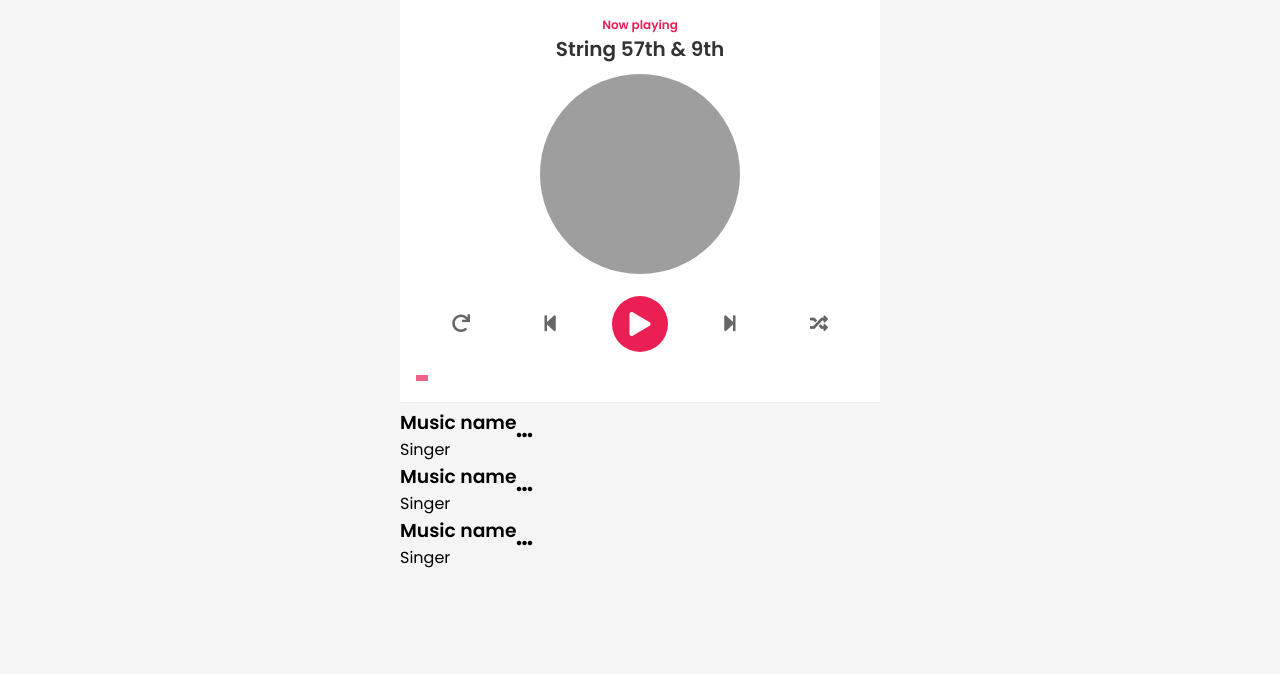
Repository: NBlue/Music_Player
Page: index.html
These files come from the project's save history. The page is drawn as it stood at one moment and after the next save; the edit follows.
The browser window is 1280 px wide. The pictures show the whole page.
Pictures or frames that could not be fetched are drawn as grey boxes.

Above is the page before, as saved 2021-10-12 23:05:55.

### index.html
<!DOCTYPE html>
<html lang="en">
    <head>
        <meta charset="UTF-8" />
        <meta http-equiv="X-UA-Compatible" content="IE=edge" />
        <meta name="viewport" content="width=device-width, initial-scale=1.0" />
        <title>Music player</title>
        <link
            rel="stylesheet"
            href="https://cdnjs.cloudflare.com/ajax/libs/font-awesome/5.15.2/css/all.min.css"
            integrity="sha512-HK5fgLBL+xu6dm/Ii3z4xhlSUyZgTT9tuc/hSrtw6uzJOvgRr2a9jyxxT1ely+B+xFAmJKVSTbpM/CuL7qxO8w=="
            crossorigin="anonymous"
        />
        <link rel="preconnect" href="https://fonts.gstatic.com" />
        <link
            href="https://fonts.googleapis.com/css2?family=Poppins:wght@300;400;600&display=swap"
            rel="stylesheet"
        />

        <link rel="stylesheet" href="./assets/css/style.css" />
    </head>
    <body>
        <div class="player">
            <!-- Dashboard - Bảng điều khiển -->
            <div class="dashboard">
                <!-- Header -->
                <header>
                    <h4>Now playing</h4>
                    <h2>String 57th & 9th</h2>
                </header>

                <!-- CD -->
                <div class="cd">
                    <div
                        class="cd-thumb"
                        style="
                            background-image: url(https://i.ytimg.com/vi/jTLhQf5KJSc/maxresdefault.jpg);
                        "
                    ></div>
                </div>

                <!-- Control -->
                <div class="control">
                    <div class="btn btn-repeat">
                        <i class="fas fa-redo"></i>
                    </div>
                    <div class="btn btn-prev">
                        <i class="fas fa-step-backward"></i>
                    </div>
                    <div class="btn btn-toggle-play">
                        <i class="fas fa-pause icon-pause"></i>
                        <i class="fas fa-play icon-play"></i>
                    </div>
                    <div class="btn btn-next">
                        <i class="fas fa-step-forward"></i>
                    </div>
                    <div class="btn btn-random">
                        <i class="fas fa-random"></i>
                    </div>
                </div>

                <input
                    type="range"
                    id="progress"
                    class="progress"
                    value="0"
                    step="1"
                    min="0"
                    max="100"
                />

                <audio src="" id="audio"></audio>
            </div>

            <!-- Playlist -->
            <div class="playlist">
                <div class="song">
                    <div
                        class="thumb"
                        style="
                            background-image: url(https://i.ytimg.com/vi/jTLhQf5KJSc/maxresdefault.jpg);
                        "
                    ></div>
                    <div class="body">
                        <h3 class="title">Music name</h3>
                        <p class="author">Singer</p>
                    </div>
                    <div class="option">
                        <i class="fas fa-ellipsis-h"></i>
                    </div>
                </div>
                <div class="song">
                    <div
                        class="thumb"
                        style="
                            background-image: url(https://i.ytimg.com/vi/jTLhQf5KJSc/maxresdefault.jpg);
                        "
                    ></div>
                    <div class="body">
                        <h3 class="title">Music name</h3>
                        <p class="author">Singer</p>
                    </div>
                    <div class="option">
                        <i class="fas fa-ellipsis-h"></i>
                    </div>
                </div>
                <div class="song">
                    <div
                        class="thumb"
                        style="
                            background-image: url(https://i.ytimg.com/vi/jTLhQf5KJSc/maxresdefault.jpg);
                        "
                    ></div>
                    <div class="body">
                        <h3 class="title">Music name</h3>
                        <p class="author">Singer</p>
                    </div>
                    <div class="option">
                        <i class="fas fa-ellipsis-h"></i>
                    </div>
                </div>
            </div>
        </div>
    </body>
</html>

### assets/css/style.css
:root {
    --primary-color: #ec1f55;
    --text-color: #333;
}

* {
    padding: 0;
    margin: 0;
    box-sizing: inherit;
}

body {
    background-color: #f5f5f5;
}

html {
    box-sizing: border-box;
    font-family: "Poppins", sans-serif;
}

.player {
    position: relative;
    max-width: 480px;
    margin: 0 auto;
}

.player .icon-pause {
    display: none;
}

.player.playing .icon-pause {
    display: inline-block;
}

.player.playing .icon-play {
    display: none;
}

.dashboard {
    padding: 16px 16px 14px;
    background-color: #fff;
    position: fixed;
    top: 0;
    width: 100%;
    max-width: 480px;
    border-bottom: 1px solid #ebebeb;
}

/* HEADER */
header {
    text-align: center;
    margin-bottom: 10px;
}

header h4 {
    color: var(--primary-color);
    font-size: 12px;
}

header h2 {
    color: var(--text-color);
    font-size: 20px;
}

/* CD */
.cd {
    display: flex;
    margin: auto;
    width: 200px;
}

.cd-thumb {
    width: 100%;
    padding-bottom: 100%;
    border-radius: 50%;
    background-color: #333;
    background-size: cover;
    margin: auto;
}

/* CONTROL */
.control {
    display: flex;
    align-items: center;
    justify-content: space-around;
    padding: 18px 0 8px 0;
}

.control .btn {
    color: #666;
    padding: 18px;
    font-size: 18px;
}

.control .btn.active {
    color: var(--primary-color);
}

.control .btn-toggle-play {
    width: 56px;
    height: 56px;
    border-radius: 50%;
    font-size: 24px;
    color: #fff;
    display: flex;
    align-items: center;
    justify-content: center;
    background-color: var(--primary-color);
}

.progress {
    width: 100%;
    height: 6px;
    -webkit-appearance: none; /*ẩn cái thanh process*/
    background: color #d3d3d3;
    outline: none;
    opacity: 0.7;
    -webkit-transition: 0.2s;
    transition: opacity 0.2s;
}

.progress::-webkit-slider-thumb {
    /* Css cho cái nút tròn tròn thành hình khác: thumb - ngón tay*/
    -webkit-appearance: none;
    appearance: none;
    width: 12px;
    height: 6px;
    background-color: var(--primary-color);
    cursor: pointer;
}

/* PLAYLIST */
.playlist {
    margin-top: 408px;
}

.song {
    display: flex;
    align-items: center;
}
.thumb {
}
.body {
}
.title {
}
.author {
}
.option {
}
.fa-ellipsis-h {
}
.btn.btn-repeat {
}
.fas.fa-redo {
}
.btn.btn-prev {
}
.fas.fa-step-backward {
}
.btn.btn-toggle-play {
}
.fas.fa-pause.icon-pause {
}
.fas.fa-play.icon-play {
}
.btn.btn-next {
}
.fas.fa-step-forward {
}
.btn.btn-random {
}
.fas.fa-random {
}
.fas.fa-ellipsis-h {
}

After the next save:
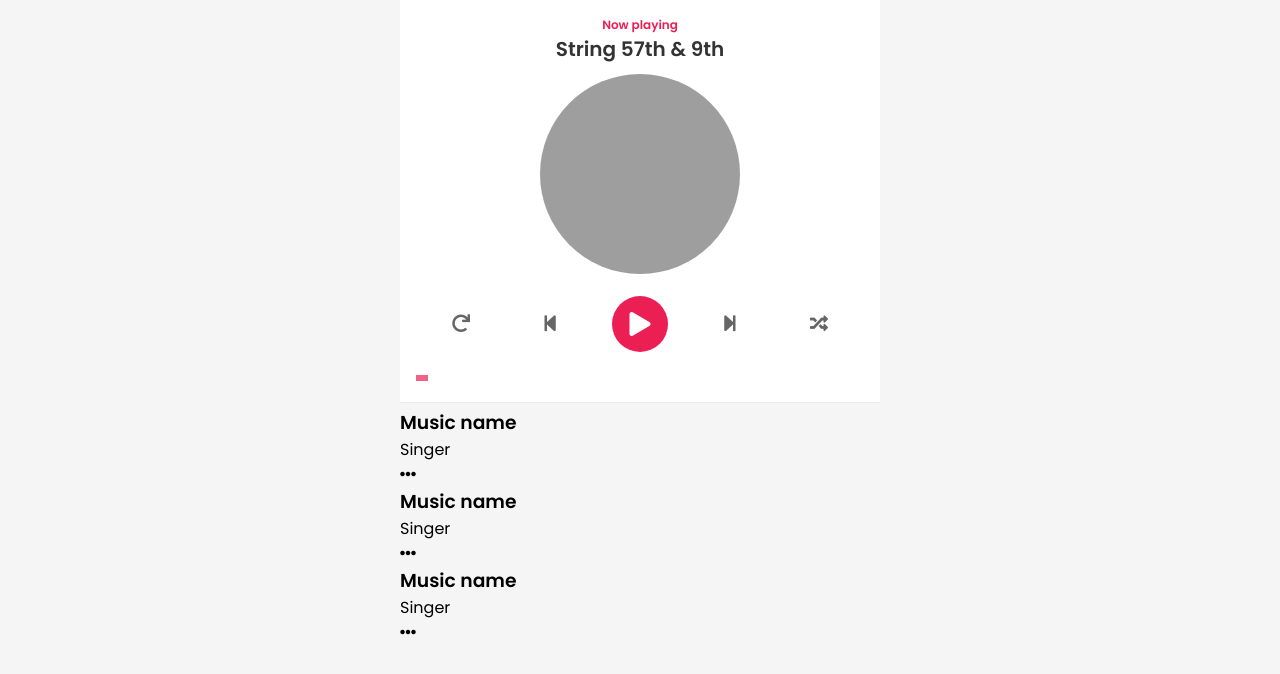
Saved 65 s later.
--- a/assets/css/style.css
+++ b/assets/css/style.css
@@ -135,8 +135,8 @@ header h2 {
 }
 
 .song {
-    display: flex;
-    align-items: center;
+    /* display: flex;
+    align-items: center; */
 }
 .thumb {
 }
